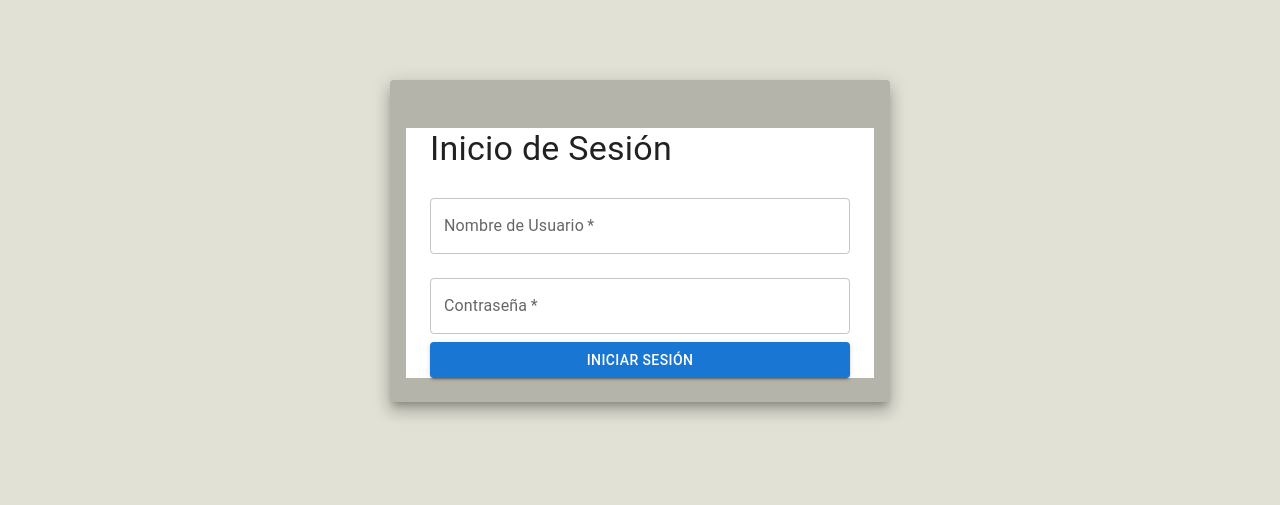
Repository: Mpablom/usuarioCaC-integrador-final-front
Page: /
An editor plug-in stored every save of this project. The page is shown before and after the next save, followed by the edit.
The browser window is 1280 px wide. The pictures show the whole page.
The project was rebuilt for these pictures with package versions that can differ from the ones it lists, and the page was loaded fresh each time. Also part of the build but not shown: vite.config.ts, src/components/UsuariosTable.tsx.

Above is the page before, as saved 2024-07-11 00:29:12.

### src/App.tsx
// App.tsx (o donde configures tus rutas)
import React from 'react';
import {
  BrowserRouter as Router,
  Route,
  Routes,
  Navigate,
} from 'react-router-dom';
import Login from './components/Login'; // Componente de inicio de sesión
import UsuariosTable from './components/UsuariosTable'; // Componente de la tabla de usuarios

const App: React.FC = () => {
  return (
    <Router>
      <Routes>
        <Route path="/login" element={<Login />} />
        <Route path="/usuarios" element={<UsuariosTable />} />
        <Route path="/" element={<Navigate to="/login" />} />
      </Routes>
    </Router>
  );
};

export default App;

### src/index.css
 :root {
  font-family: system-ui, -apple-system, BlinkMacSystemFont, 'Segoe UI', Roboto;
  line-height: 1.5;
  /* font-weight: 400; */

  color-scheme: light dark;
  color: rgba(255, 255, 255, 0.87);
  background-color: #E1E1D5;

  font-synthesis: none;
  text-rendering: optimizeLegibility;
  -webkit-font-smoothing: antialiased;
  -moz-osx-font-smoothing: grayscale;
}
Card{
  background-color: #B4B4AA;
}
/*
a {
  font-weight: 500;
  color: #646cff;
  text-decoration: inherit;
}
a:hover {
  color: #535bf2;
}

body {
  margin: 0;
  display: flex;
  place-items: center;
  min-width: 320px;
  min-height: 100vh;
}

h1 {
  font-size: 3.2em;
  line-height: 1.1;
  color: #1a1a1a;
}

button {
  border-radius: 8px;
  border: 1px solid transparent;
  padding: 0.6em 1.2em;
  font-size: 1em;
  font-weight: 500;
  font-family: inherit;
  background-color: #1a1a1a;
  cursor: pointer;
  transition: border-color 0.25s;
}
button:hover {
  border-color: #646cff;
}
button:focus,
button:focus-visible {
  outline: 4px auto -webkit-focus-ring-color;
}

@media (prefers-color-scheme: light) {
  :root {
    color: #213547;
    background-color: #ffffff;
  }
  a:hover {
    color: #747bff;
  }
  button {
    background-color: #f9f9f9;
  }
}
 */

### src/components/Login.tsx
import {
  Button,
  Card,
  CardContent,
  CardHeader,
  Container,
  TextField,
  Typography,
} from "@mui/material";
import { login } from "../axios/UsuarioApi";
import { useState } from "react";
import { useNavigate } from "react-router-dom";

const Login: React.FC = () => {
  const [username, setUsername] = useState("");
  const [password, setPassword] = useState("");
  const [error, setError] = useState("");
  const navigate = useNavigate();
  const handleLogin = async (event: React.FormEvent<HTMLFormElement>) => {
    event.preventDefault();
    setError("");
    try {
      const response = await login({ username, password });
      if (response.message === "Autenticación exitosa") {
        navigate("/usuarios");
      }
    } catch (error) {
      setError("Error al iniciar sesión");
    }
  };
  return (
    <Card
      sx={{
        maxWidth: 500,
        margin: "auto",
        boxShadow: "10",
        mt: 10,
        bgcolor: "#B4B4AA",
      }}
    >
      <CardHeader />
      <CardContent>
        <Container sx={{ bgcolor: "#FFFFFF" }}>
          <Typography variant="h4" component="h1" gutterBottom>
            Inicio de Sesión
          </Typography>
          <form onSubmit={handleLogin}>
            <TextField
              label="Nombre de Usuario"
              variant="outlined"
              fullWidth
              margin="normal"
              value={username}
              onChange={(e) => setUsername(e.target.value)}
              required
            />
            <TextField
              label="Contraseña"
              variant="outlined"
              fullWidth
              margin="normal"
              type="password"
              value={password}
              onChange={(e) => setPassword(e.target.value)}
              required
            />
            {error && (
              <Typography color="error" variant="body2">
                {error}
              </Typography>
            )}
            <Button type="submit" variant="contained" color="primary" fullWidth>
              Iniciar Sesión
            </Button>
          </form>
        </Container>
      </CardContent>
    </Card>
  );
};

export default Login;

### src/axios/UsuarioApi.ts
import api from './Api';
import { Usuario, UsuarioLogin } from '../models/UsuarioModel';

export const getUsuarios = async (): Promise<Usuario[]> => {
  const response = await api.get('/usuarios');
  return response.data;
};

export const getUsuarioById = async (id: number): Promise<Usuario> => {
  const response = await api.get(`/usuarios/${id}`);
  return response.data;
};

export const createUsuario = async (usuario: Usuario): Promise<void> => {
  const response = await api.post('/usuarios', usuario);
  return response.data;
};

export const updateUsuario = async (id: number, usuario: Usuario): Promise<void> => {
  const response = await api.put(`/usuarios/${id}`, usuario);
  return response.data;
};

export const deleteUsuario = async (id: number): Promise<void> => {
  const response = await api.delete(`/usuarios/${id}`);
  return response.data;
};

export const restoreUsuario = async (id: number): Promise<void> => {
  const response = await api.patch(`/usuarios/${id}`);
  return response.data;
};
export const login = async (usuarioLogin: UsuarioLogin): Promise<Usuario> => {
    try {
        const response = await api.post(`/usuarios/login`, usuarioLogin);
        return response.data as Usuario; // Asegúrate de que response.data sea del tipo Usuario
    } catch (error) {
        if (error instanceof Error) {
            throw new Error(`Error al iniciar sesión: ${error.message}`);
        } else {
            throw new Error(`Error al iniciar sesión: Error desconocido`);
        }
    }
  }

### src/axios/api.ts
import axios from 'axios';

const api = axios.create({
  baseURL: 'http://localhost:8080',
  headers: {
    'Content-Type': 'application/json',
  },
});

export default api;

Loaded but not shown: index.html (common file); src/main.tsx (common file)

After the next save:
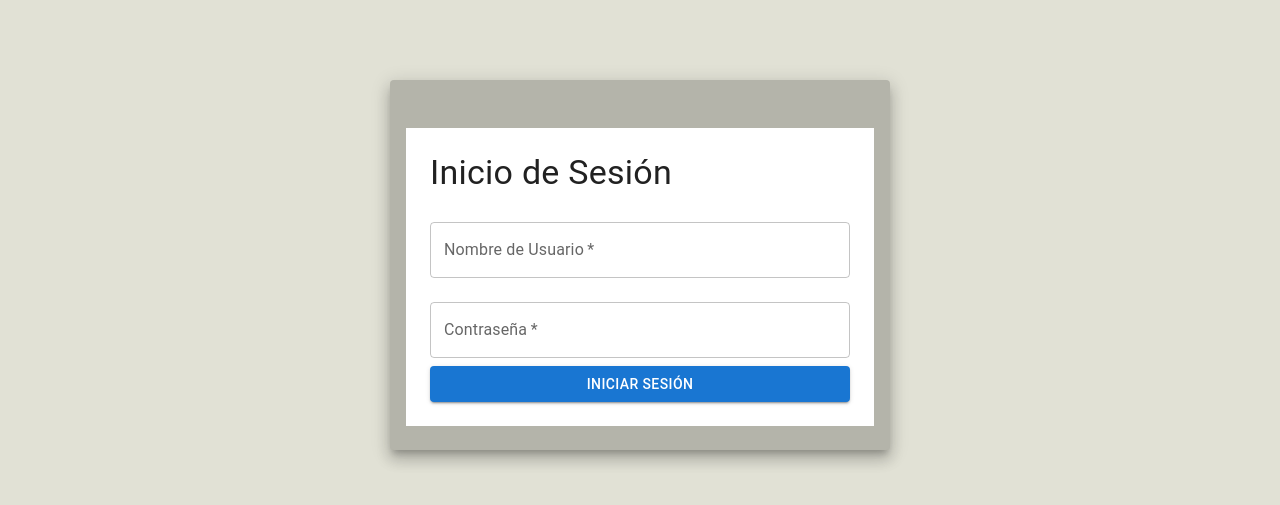
Saved 14 s later.
--- a/src/components/Login.tsx
+++ b/src/components/Login.tsx
@@ -40,7 +40,7 @@ const Login: React.FC = () => {
     >
       <CardHeader />
       <CardContent>
-        <Container sx={{ bgcolor: "#FFFFFF" }}>
+        <Container sx={{ bgcolor: "#FFFFFF", p: 3 }}>
           <Typography variant="h4" component="h1" gutterBottom>
             Inicio de Sesión
           </Typography>
